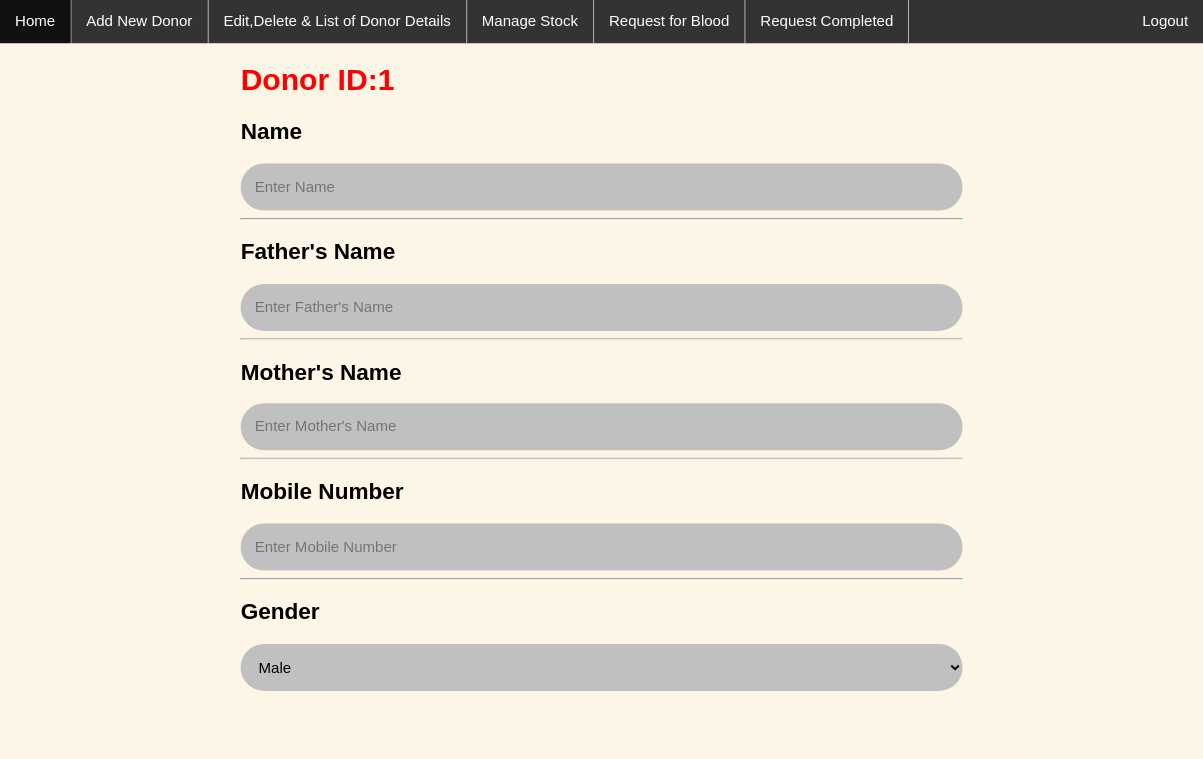
Repository: Tejas-2408/Blood-Bank-Management
Page: http://localhost/Blood_Bank_Management_System/addNewDonor.jsp
These files come from the project's save history. The page is drawn as it stood at one moment and after the next save; the edit follows.
The browser window is 1280 px wide. The pictures show the whole page, at 94% of full size.
The page is served by Tomcat 9. Queries for data that is not in the repository find no rows.

Above is the page before, as saved 2022-06-03 14:05:56.

### Blood Bank Management System/src/main/webapp/addNewDonor.jsp
<%@include file="header.html"%>
<%@page import="Project.ConnectionProvider,java.sql.*" %>
<!DOCTYPE html PUBLIC "-//W3C//DTD HTML 4.01 Transitional//EN" "http://www.w3.org/TR/html4/loose.dtd">
<html>
<head>
 <link rel="stylesheet" href="style.css" type="text/css" media="screen">
<style>
input[type="text"], input[type="password"], input[type="email"], select,input[type="number"]
{
    border: none;
    background:silver;
    height: 50px;
    font-size: 16px;
	padding:15px;
	width:60%;
	border-radius: 25px;
	margin-left:20%;
}
h2,h1
{
	margin-left:20%;
}
hr
{
width:60%;
}
</style>
</head>
<body>
<%
int id=1;
try{
	Connection con = ConnectionProvider.getCon();
	Statement st = con.createStatement();
	ResultSet rs = st.executeQuery("select max(id) from donor");
	if(rs.next()){
		id = rs.getInt(1);
		id++;
	}  %>
	<div class="container">
	<h1 style="color:red;">Donor ID:<%out.print(id); %></h1>
	<%
}
catch(Exception e){
}
%>

<div class="container">
<form action="addNewDonorAction.jsp" method="post">
<input type="hidden" name="id" value="<% out.println(id);%>">
<h2>Name</h2>
<input type="text" placeholder="Enter Name" name="name">
<hr>
<h2>Father's Name</h2>
<input type="text" placeholder="Enter Father's Name" name="father">
<hr>
<h2>Mother's Name</h2>
<input type="text" placeholder="Enter Mother's Name" name="mother">
<hr>
<h2>Mobile Number</h2>
<input type="number" placeholder="Enter Mobile Number" name="mobilenumber">
<hr>
<h2>Gender</h2>
<select name="gender">
<option value="Male">Male</option>
<option value="Female">Female</option>
<option value="Male">Male</option>
</select>

</form>

</div>



  </div>

<br>
<br>
<br>
<br>

</body>
</html>

### Blood Bank Management System/src/main/webapp/header.html
<!DOCTYPE html>
<html>
<head>
 <link rel="stylesheet" href="style.css" type="text/css" media="screen">
<style>

ul {
  list-style-type: none;
  margin: 0;
  padding: 0;
  overflow: hidden;
  background-color: #333;
}

li {
  float: left;
  border-right:1px solid #bbb;
}

li:last-child {
  border-right: none;
}

li a {
  display: block;
  color: white;
  text-align: center;
  padding: 14px 16px;
  text-decoration: none;
}

li a:hover:not(.active) {
  background-color: #111;
}

.active {
  background-color: #4CAF50;
}
</style>
</head>
<body>

<ul>
  <li><a href="home.jsp">Home</a></li>
  <li><a href="addNewDonor.jsp">Add New Donor</a></li>
  <li><a href="editDeleteList.jsp">Edit,Delete & List of Donor Details</a></li>
    <li><a href="manageStock.jsp">Manage Stock</a></li>
  <li><a href="requestForBlood.jsp">Request for Blood</a></li>
  <li><a href="requestCompleted.jsp">Request Completed</a></li>
  <li style="float:right"><a href="adminLogin.jsp">Logout</a></li>
</ul>

</body>
</html>

### Blood Bank Management System/src/main/java/Project/ConnectionProvider.java
package Project;
import java.sql.*;

public class ConnectionProvider {

	public static Connection getCon() {
		try {
			Class.forName("com.mysql.jdbc.Driver");
			Connection con = DriverManager.getConnection("jdbc:mysql://localhost:3306/bloodbank","root","root");
			return con;
		}
		catch(Exception e) {
			System.out.print(e);
			return null;
		}
	}

}

### Blood Bank Management System/src/main/webapp/style.css
body{
background-color:#FDF5E6;
}
img{
width:100%;
height:500px;
}

.logo{
width:130px;
height:90px;
}
body {
  margin: 0;
  font-family: Arial;
}

.header {
  overflow: hidden;
  background-color:#B0C4DE;
  padding: 20px 10px;
}

.header a {
  float: left;
  color: white;
  text-align: center;
  padding: 12px;
  text-decoration: none;
  font-size: 18px;
  line-height: 25px;
  border-radius: 4px;
}

.header a.logo {
  font-size: 25px;
  font-weight: bold;
}


.header a.active {
  background-color: dodgerblue;
  color: white;
}

.header-right {
  float: right;
}

@media screen and (max-width: 500px) {
  .header a {
    float: none;
    display: block;
    text-align: left;
  }
  .header-right {
    float: none;
  }
}
.slide{
background-color:red;
}


textarea
{
    border: none;
    margin-left:100px;
	background:silver;
	width:100%;
    font-size: 16px;
	padding:15px;

}
.textdiv{
	margin-left:2.5%;
	margin-right:2.5%;
	width:100%;
}

iframe{

	height:50%;
	width:90%;
}


.button {
  border-radius: 4px;
  background-color: black;
  border: solid;
  color: #FFFFFF;
  text-align: center;
  font-size: 23px;
  padding: 5px;
  width: 120px;
  transition: all 0.5s;
  cursor: pointer;
  margin: 5px;
}

.button1 {
  border-radius: 4px;
  background-color: black;
  border: solid;
  border-radius:30px;
  border-color:silver;
  color: #FFFFFF;
  text-align: center;
  font-size: 23px;
  padding: 5px;
  width: 140px;
  transition: all 0.5s;
  cursor: pointer;
  margin: 5px;
  float:right;
}

button span {
  cursor: pointer;
  display: inline-block;
  position: relative;
  transition: 0.5s;
}

button span:after ,button1 span:after {
  content: '\00bb';
  position: absolute;
  opacity: 0;
  top: 0;
  right: -20px;
  transition: 0.5s;
}

button:hover span , button1:hover span {
  padding-right: 25px;
}

button:hover span:after , button1:hover span:after {
  opacity: 1;
  right: 0;
}



.p1{
	margin-left:6%;
	margin-right:6%;
	padding:15%;
	 border-left: 6px solid silver;
	 border-right: 6px solid silver;
	  border-top: 6px solid gray;
	 border-bottom: 6px solid gray;
	margin-bottom:2px;
	 background: rgba(0, 0, 0, 0.2);

}
.p2
{
	margin-left:6%;
	margin-right:6%;
	padding:9%;
	border:solid;
	border-left: 6px solid silver;
	 border-right: 6px solid silver;
	  border-top: 6px solid gray;
	 border-bottom: 6px solid gray;
	margin-bottom:18px;
	 background: rgba(0, 0, 0, 0.2);
}


.p3{

	color:white;
	margin-left:6%;
}


.m1{
	width:140px;
}

* {
    box-sizing: border-box;
}

body {
    margin: 0;
    font-family: Arial;
}

.header {
    text-align: center;
    padding: 32px;
}

.row {
    display: -ms-flexbox; /* IE10 */
    display: flex;
    -ms-flex-wrap: wrap; /* IE10 */
    flex-wrap: wrap;
    padding: 0 4px;

}
.row1 {
    display: -ms-flexbox; /* IE10 */
    display: flex;
    -ms-flex-wrap: wrap; /* IE10 */
    flex-wrap: wrap;
    padding: 0 4px;
	background-color:black;

}


/* Create four equal columns that sits next to each other */
.column {
    -ms-flex: 25%; /* IE10 */
    flex: 25%;
    max-width: 50%;
    padding: 0 4px;
}
.column1 {
    -ms-flex: 25%; /* IE10 */
    flex: 25%;
    max-width: 100%;
    padding: 0 4px;
}


.column img {
    margin-top: 8px;
    vertical-align: middle;
	height:300px;
	padding:30px;
}

/* Responsive layout - makes a two column-layout instead of four columns */
@media screen and (max-width: 800px) {
    .column {
        -ms-flex: 50%;
        flex: 50%;
        max-width: 50%;
    }
}

/* Responsive layout - makes the two columns stack on top of each other instead of next to each other */
@media screen and (max-width: 600px) {
    .column {
        -ms-flex: 100%;
        flex: 100%;
        max-width: 100%;
    }
}
p{
padding:10px;
}

.h1d{
color:white;
margin-left:5%;
}
.h1e{
color:white;
margin-left:28%;
}

After the next save:
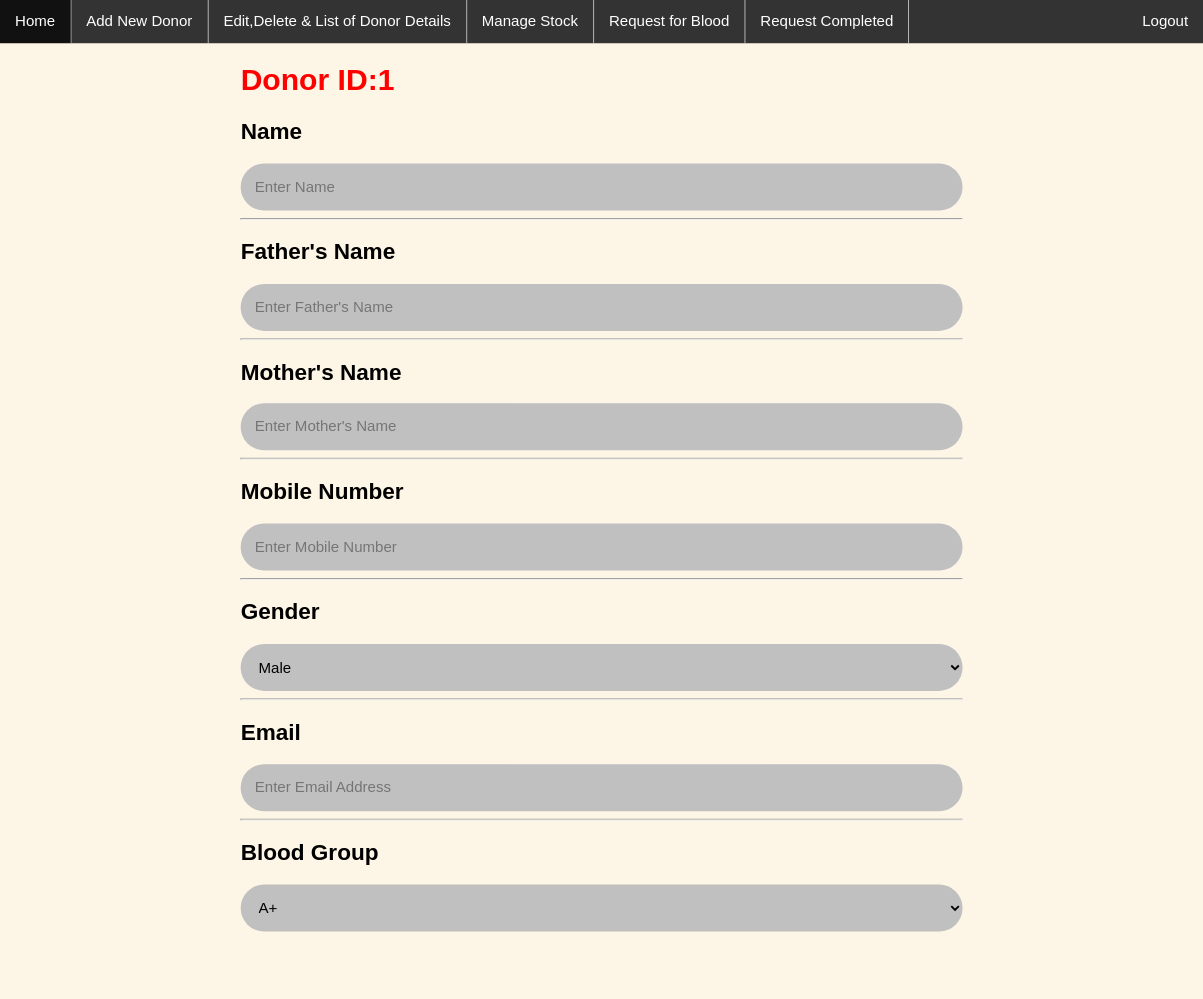
Saved 2 min 49 s later.
--- a/Blood Bank Management System/src/main/webapp/addNewDonor.jsp
+++ b/Blood Bank Management System/src/main/webapp/addNewDonor.jsp
@@ -64,9 +64,23 @@ catch(Exception e){
 <select name="gender">
 <option value="Male">Male</option>
 <option value="Female">Female</option>
-<option value="Male">Male</option>
+<option value="Others">Others</option>
 </select>
-
+<hr>
+<h2>Email</h2>
+<input type="email" placeholder="Enter Email Address" name="email">
+<hr>
+<h2>Blood Group</h2>
+<select name="bloodgroup">
+<option value="A+">A+</option>
+<option value="A-">A-</option>
+<option value="B+">B+</option>
+<option value="B-">B-</option>
+<option value="O+">O+</option>
+<option value="O-">O-</option>
+<option value="AB+">AB+</option>
+<option value="AB-">AB-</option>
+</select>
 </form>
 
 </div>
